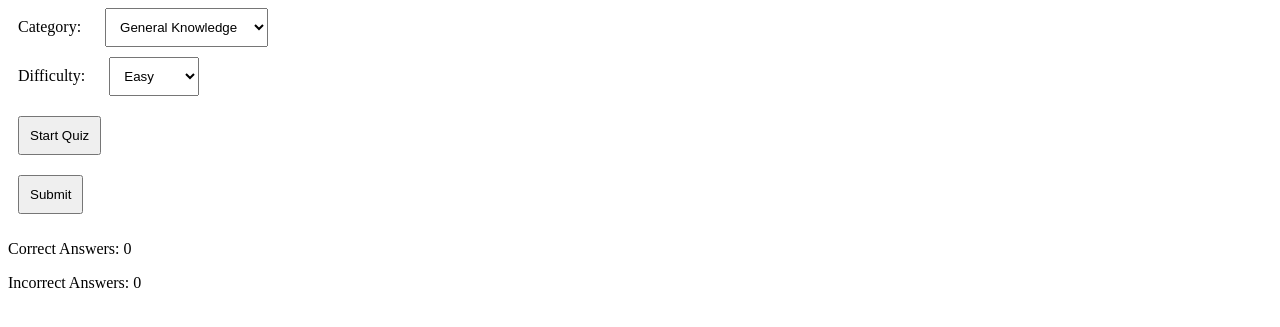
Repository: Kayla-amr/triviaSvelte
Page: /
The author's editor kept a copy of each file at every save. The page is drawn from the files as they stood at one save, then again after a run of saves.
The browser window is 1280 px wide. The pictures show the whole page.
The project was rebuilt for these pictures with package versions that can differ from the ones it lists, and the page was loaded fresh each time. The framework's server and built-in components were replaced by stand-ins that run in the browser. Also part of the build but not shown: svelte.config.js, vite.config.js.

Above is the page before, as saved 2023-03-18 09:25:10.

After the next 2 saves:
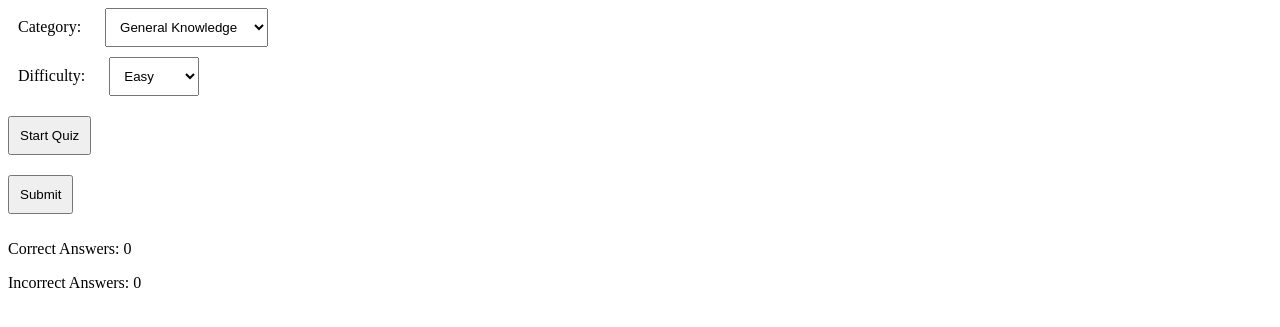
The 2 saves are shown as one change because they came seconds apart.
The last was saved 7 s later.
--- a/src/routes/+page.svelte
+++ b/src/routes/+page.svelte
@@ -108,6 +108,6 @@
     }
     button {
         padding: 10px;
-        margin: 10px 10px;
+        margin: 10px 0 10px 0;
     }
 </style>
